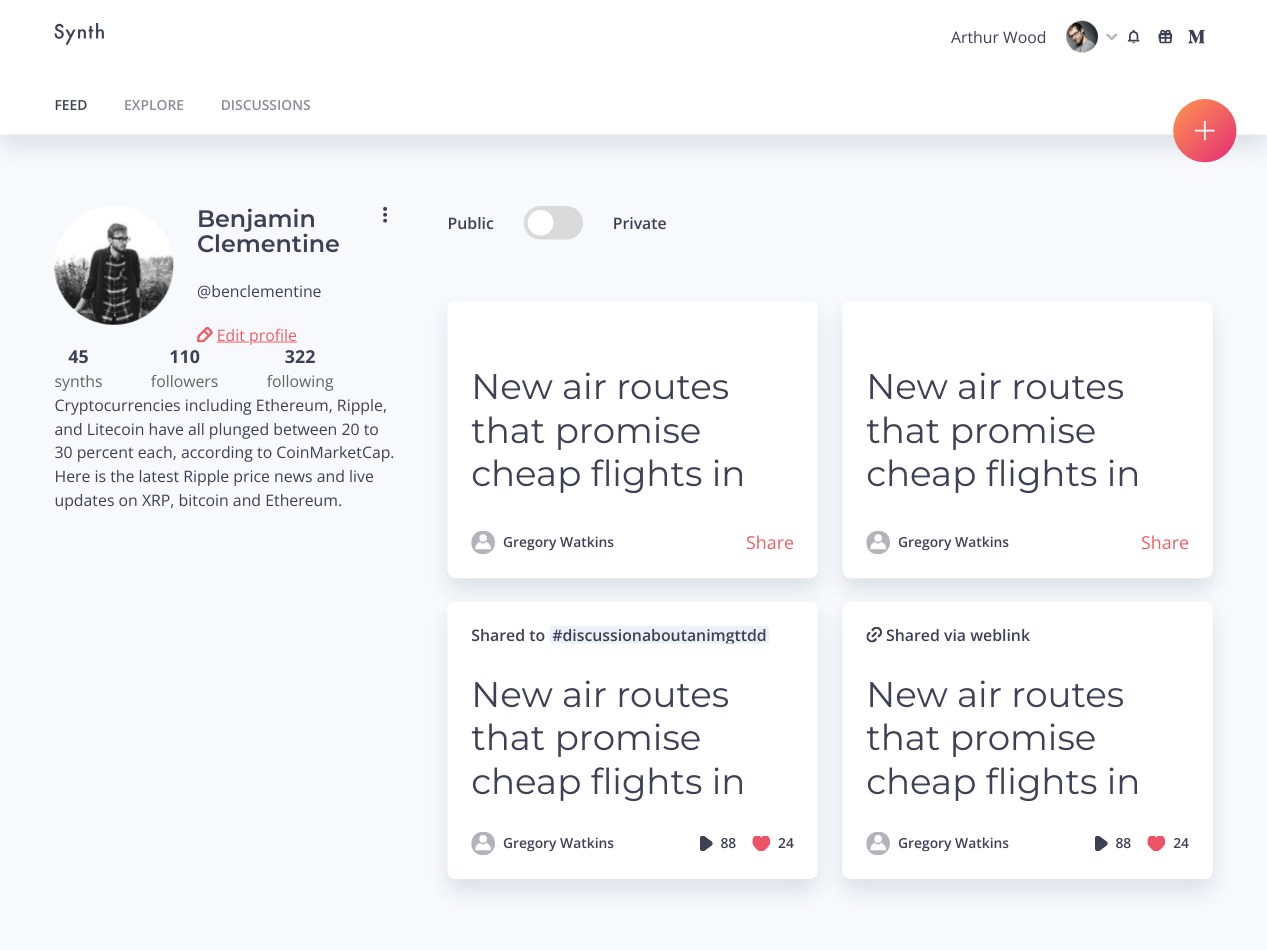
Repository: ecspetra/swivl-test-task
Page: index.html
The author's editor kept a copy of each file at every save. The page is drawn from the files as they stood at one save, then again after the next save.
The browser window is 1280 px wide. The pictures show the whole page, at 99% of full size.
The style sheet was rebuilt from its Sass, Less or Tailwind sources for each picture, by a compiler version that may differ from the author's.

Above is the page before, as saved 2021-12-10 11:21:31.

After the next save:
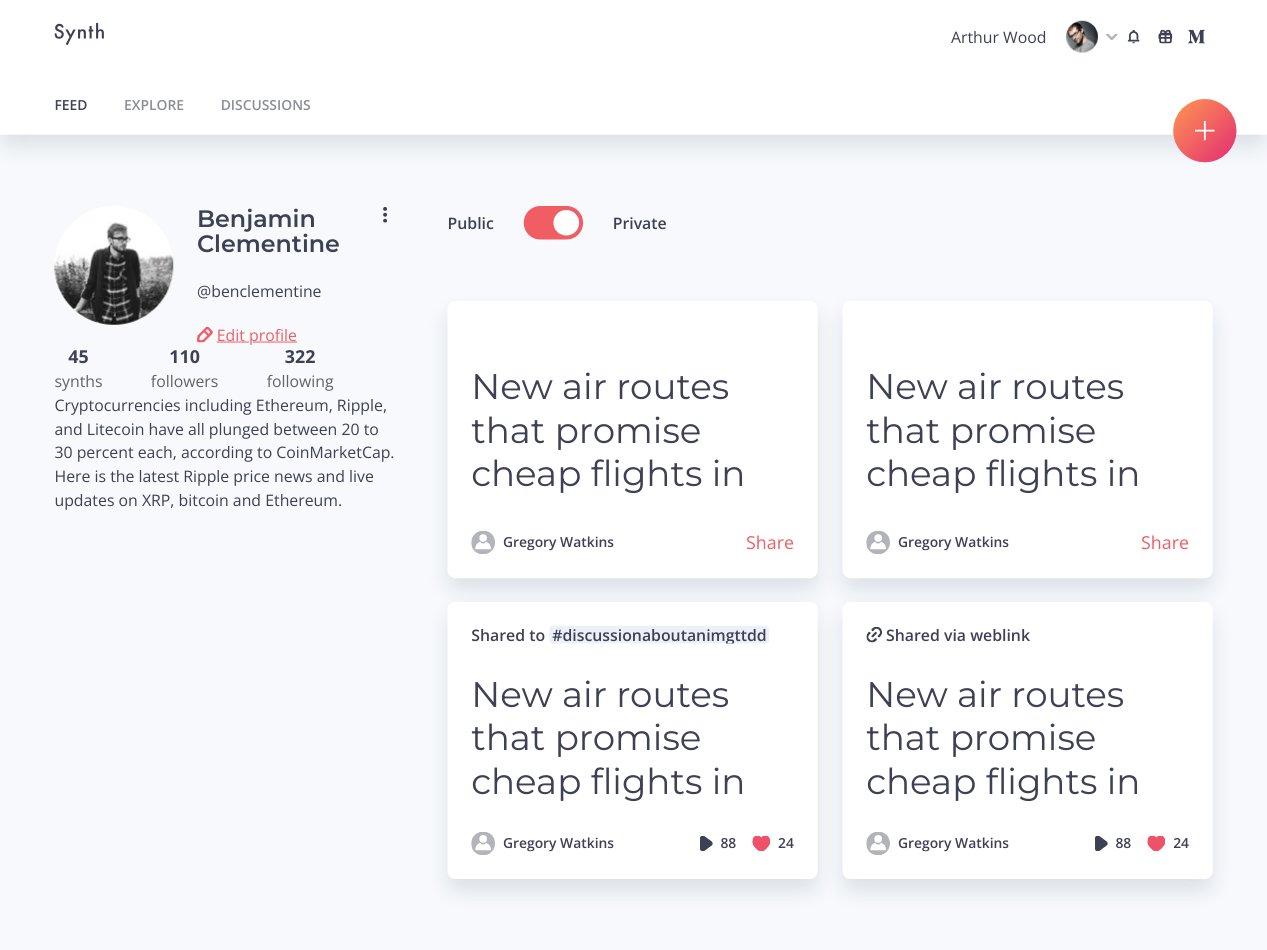
Saved 29 s later.
--- a/index.html
+++ b/index.html
@@ -129,7 +129,7 @@
                         <p class="profile__switcher-option">Public</p>
                         <div class="switcher">
                             <label class="switcher__label">
-                                <input class="switcher__checkbox" type="checkbox">
+                                <input class="switcher__checkbox" type="checkbox" checked>
                                 <span class="switcher__slider"></span>
                             </label>
                         </div>
